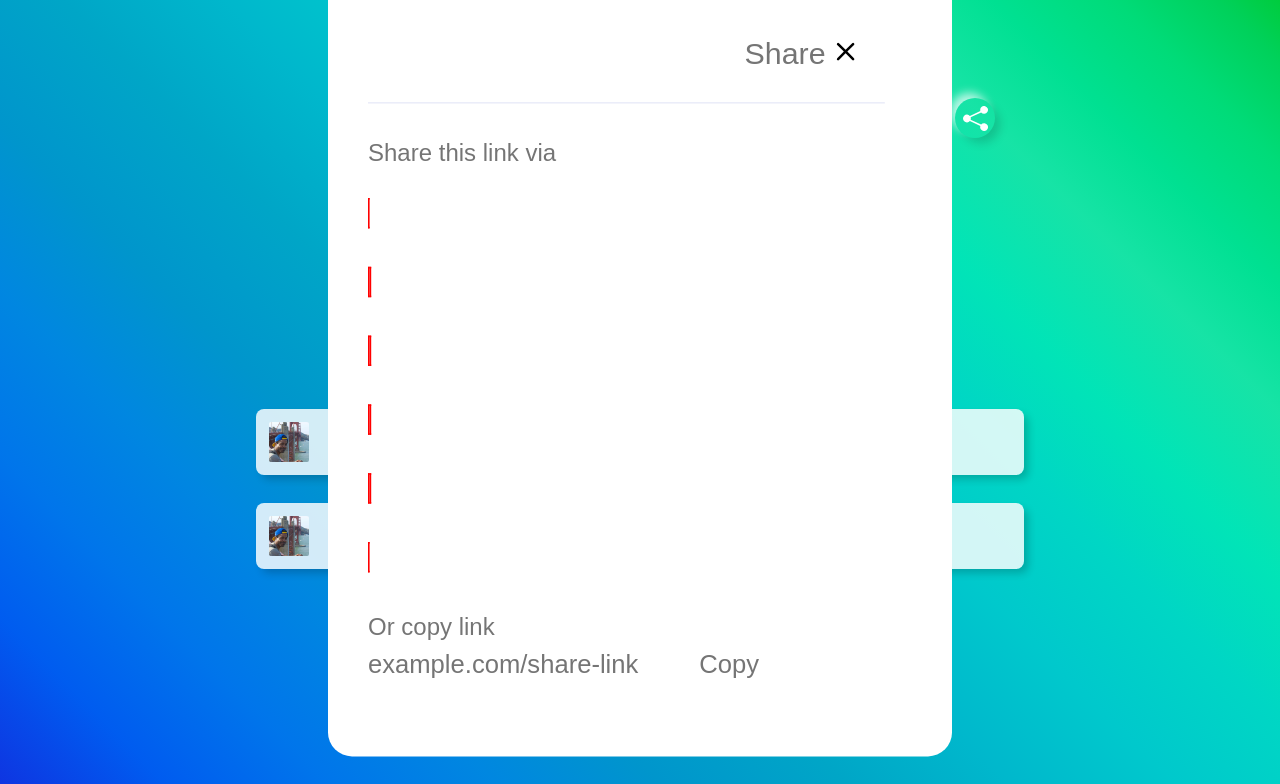
Repository: MateLaDBrouille97/linktree
Page: /
The author's editor kept a copy of each file at every save. The page is drawn from the files as they stood at one save, then again after the next save.
The browser window is 1280 px wide. The pictures show the whole page.
The project was rebuilt for these pictures with package versions that can differ from the ones it lists, and the page was loaded fresh each time. The framework's server and built-in components were replaced by stand-ins that run in the browser. Also part of the build but not shown: next.config.js, styles/Home.module.css, styles/scrollup.css.

Above is the page before, as saved 2023-01-23 21:55:29.

### app/layout.tsx
"use client";

import '@/styles/globals.css'
import '../styles/Home.module.css';
import '../styles/scrollup.css';
import '../styles/home.css';
import '../styles/socials.css';
import '../styles/share.css';
import ScrollDow from '../components/ScrollDow';
import ScrollUp from '../components/scrollup/ScrollUp'

export default function RootLayout({
    children,
  }: {
    children: React.ReactNode;
  }) {
    return (
      <html lang="en">
        <body>{children}</body>
        {/* <ScrollDow/> */}
        {/* <ScrollUp/> */}
      </html>
    );
  }

### app/page.tsx
"use client";

import Image from "next/image";
import data from "data.json";
import image from "../public/ManuelTL2.jpg";
import image1 from "../public/ManuelTL2.jpg";
import { useEffect, useState } from "react";
import Socials from "../components/Socials";
import Share from "@/components/Share";

function LinkCard({
  href,
  title,
  image,
}: {
  href: string;
  title: string;
  image?: string;
}) {
  return (
    <a
      href={href}
      className="flex items-center p-3 w-full rounded-lg hover:scale-105 transition-all bg-gray-100 mb-3 -mt-2 max-w-3xl home__linkcard-box"
    >
      <div className="flex text-center w-full home__linkcard-card">
        <div className="w-10 h-10 home__linkcard-img">
          {image1 && (
            <Image
              className="rounded-sm"
              alt={data.name}
              src={image1}
              width={40}
              height={40}
            />
          )}
        </div>
        <h2 className="flex justify-center items-center font-semibold w-full text-gray-700 -ml-10 home__linkcard-title">
          {title}
        </h2>
      </div>
    </a>
  );
}

export default function Home() {
  /*==================== Toggle Menu ====================== */
  const [toggle, showMenu] = useState(false);
  const [activeNav, setActiveNav] = useState("#home");

  /* +++++++++++++++++++++++++++++++++++++++++++++++++ */
  // const { dbUser, image } = useUserContext();

  // const breakpoints = (width) => {
  //   if (width < 640) {
  //     return "xs";
  //   } else if (width >= 640 && width < 768) {
  //     return "sm";
  //   } else if (width >= 768 && width < 1024) {
  //     return "md";
  //   } else if (width >= 1024) {
  //     return "lg";
  //   }
  // };

  // const [breakpoint, setBreakpoint] = useState(() =>
  //   breakpoints(typeof window !== "undefined" && window.innerWidth)
  // );

  useEffect(() => {
    if (toggle) {
      // const calcInnerWidth = function () {
      //   setBreakpoint(breakpoints(window.innerWidth));
      // };
      // window.addEventListener("resize", calcInnerWidth);
      window.addEventListener("scroll", function () {
        const header = this.document.querySelector(".header");
        //scroll higher than 200 viewport height
        //add scroll header class to a tag with the scroll-top
        if (this.scrollY >= 80) header?.classList.add("scroll-header");
        else header?.classList.remove("scroll-header");
      });
    }
  }, []);

  useEffect(() => {
    showMenu(true);
  }, []);

  return (
    <div className="flex items-center flex-col mx-auto w-full justify-center mt-16 px-8 ">
      <Share/>
      <a
        href="#home"
        onClick={() => setActiveNav("#home")}
        // className={
        //   activeNav === "#home" ? "nav__logo active-link" : "nav__logo"
        // }
      >
        <Image
          className="rounded-full"
          alt={data.name}
          src={image}
          width={96}
          height={96}
        />
      </a>

      <h1 className="font-semibold mt-4 mb-8 text-xl" style={{color:"white"}}>{data.name}</h1>
      <h3 className="home__description" style={{color:"white"}}>{data.small_description}</h3>

      <div className="grid place-items-center w-full mt-2">
        {data.links.map((link) => (
          <LinkCard key={link.href} {...link} />
        ))}
      </div>

      <div className="gap-3 items-center flex mt-10">
        {data?.socials?.map((social) => {
         return(

          <Socials title={social?.title} key={social?.href} />
          )
        })}
      </div>
    </div>
  );
}

### styles/globals.css
@tailwind base;
@tailwind components;
@tailwind utilities;

body{
  height:100vh;
  background-image: linear-gradient(
  45deg,
  hsl(229deg 88% 47%) 0%,
  hsl(217deg 100% 47%) 8%,
  hsl(210deg 100% 46%) 16%,
  hsl(204deg 100% 44%) 24%,
  hsl(196deg 100% 40%) 32%,
  hsl(190deg 100% 39%) 41%,
  hsl(186deg 100% 40%) 49%,
  hsl(181deg 100% 40%) 57%,
  hsl(175deg 100% 42%) 65%,
  hsl(168deg 99% 45%) 72%,
  hsl(162deg 82% 49%) 80%,
  hsl(159deg 100% 44%) 86%,
  hsl(153deg 100% 43%) 92%,
  hsl(146deg 100% 41%) 97%,
  hsl(138deg 100% 40%) 100%
);
}

@import  url('https://api.iconify.design/material-symbols/arrow-upward.svg');

/*=============== GOOGLE FONTS ===============*/
@import url("https://fonts.googleapis.com/css2?family=Poppins:wght@400;500;600&display=swap");

/*=================== NEXT.JS ================*/

html,
body {
  padding: 0;
  margin: 0;
  font-family: -apple-system, BlinkMacSystemFont, Segoe UI, Roboto, Oxygen,
    Ubuntu, Cantarell, Fira Sans, Droid Sans, Helvetica Neue, sans-serif;
}

h1 {
  font-size: 1.75rem;
}




/*=============== VARIABLES CSS ===============*/
:root {
  --header-height: 3rem;

  /*========== Colors ==========*/
  /*Color mode HSL(hue, saturation, lightness)*/
  --hue: 0;
  --sat: 0%;
  --title-color: hsl(var(--hue), var(--sat), 20%);
  --title-color-dark: hsl(var(--hue), var(--sat), 0%);
  --text-color: hsl(var(--hue), var(--sat), 46%);
  --body-color: hsl(var(--hue), var(--sat), 98%);
  --container-color: #fff;

  /*========== Font and typography ==========*/
  --body-font: "Poppins", sans-serif;

  /*.5rem = 8px | 1rem = 16px ...*/
  --big-font-size: 3.5rem;
  --h1-font-size: 2.75rem;
  --h2-font-size: 1.5rem;
  --h3-font-size: 1.25rem;
  --normal-font-size: 1rem;
  --small-font-size: 0.875rem;
  --smaller-font-size: 0.813rem;
  --tiny-font-size: 0.625rem;

  /*========== Font weight ==========*/
  --font-normal: 400;
  --font-medium: 500;
  --font-semi-bold: 600;

  /*========== Margenes Bottom ==========*/
  /*.5rem = 8px | 1rem = 16px ...*/
  --mb-0-25: 0.25rem;
  --mb-0-5: 0.5rem;
  --mb-0-75: 0.75rem;
  --mb-1: 1rem;
  --mb-1-5: 1.5rem;
  --mb-2: 2rem;
  --mb-2-5: 2.5rem;
  --mb-3: 3rem;

  /*========== z index ==========*/
  --z-tooltip: 10;
  --z-fixed: 100;
  --z-modal: 1000;
}

/* Responsive typography */
@media screen and (max-width: 992px) {
  :root {
    --big-font-size: 2.75rem;
    --h1-font-size: 1.5rem;
    --h2-font-size: 1.25rem;
    --h3-font-size: 1rem;
    --normal-font-size: 0.938rem;
    --small-font-size: 0.813rem;
    --smaller-font-size: 0.75rem;
  }
}

/*=============== BASE ===============*/
* {
  margin: 0;
  padding: 0;
  box-sizing: border-box;
}

html {
  scroll-behavior: smooth;
}

body,
button,
input,
textarea {
  font-family: var(--body-font);
  font-size: var(--normal-font-size);
}

body {
  background-color: var(--body-color);
  color: var(--text-color);
}

h1,
h2,
h3 {
  color: var(--title-color);
  font-weight: var(--font-semi-bold);
}

ul {
  list-style: none;
}

a {
  text-decoration: none;
}

button {
  cursor: pointer;
  border: none;
  outline: none;
}

img {
  max-width: 100%;
  height: auto;
}

/*=============== REUSABLE CSS CLASSES ===============*/
.section {
  padding: 6rem 0 2rem;
}

.section__title {
  font-size: var(--h1-font-size);
  color: var(--title-color);
}

.section__subtitle {
  display: block;
  font-size: var(--normal-font-size);
  margin-bottom: 4rem;
}

.section__title,
.section__subtitle {
  text-align: center;
}

/*=============== LAYOUT ===============*/
.container {
  max-width: 968px;
  margin-left: auto;
  margin-right: auto;
}

.grid {
  display: grid;
  gap: 1.5rem;
}

/*=============== BUTTONS ===============*/
.button {
  display: inline-block;
  background-color:rgb(100, 189, 140);
  color: var(--container-color);
  padding: 1.25rem 2rem;
  border-radius: 1rem;
  font-weight: var(--font-medium);
}

.button:hover {
  background-color: rgb(81, 209, 138);
  color: var(--container-color);
}

.button__icon {
  margin-left: var(--mb-0-5);
}

.button--flex {
  display: inline-flex;
  align-items: center;

}




/*=============== BREAKPOINTS ===============*/
/* For large devices */
@media screen and (max-width: 992px) {
  .container {
    margin-left: var(--mb-1-5);
    margin-right: var(--mb-1-5);
  }

  .button {
    padding: 1rem 1.75rem;
  }

  .button__icon {
    width: 22px;
    height: 22px;
  }
}

/* For medium devices */
@media screen and (max-width: 768px) {
  body {
    margin: 0 0 var(--header-height) 0;
  }

  .section {
    padding: 2rem 0 4rem;
  }

  .section__subtitle {
    margin-bottom: var(--mb-3);
  }
}

@media screen and (max-width: 576px) {

}

/* For small devices */
@media screen and (max-width: 350px) {
  :root {
    --big-font-size: 2.25rem;
  }

  .container {
    margin-left: var(--mb-1);
    margin-right: var(--mb-1);
  }
}

### styles/home.css
.home__container{
    row-gap: 7rem;
}

.home__content{
    grid-template-columns: 116px repeat(2, 1fr);
    padding-top: 5.5rem;
    column-gap: 2rem;
    align-items: center;
}

.home__social{
    display:grid;
    grid-template-columns: max-content;
    row-gap: 1rem;
}

.home__social-icon{
    font-size:1.25rem;
    color: var(--title-color);
}

.home__social-icon:hover{
    color:rgb(165, 30, 75);
}



.home__social-icon:hover{
    color: var(--title-color-dark);
}

.home__title{
    font-size:var(--h1-font-size);
    margin-bottom:var(--mb-0-25);
}

.home__hand{
    width: 38px;
    height: 38px;
    margin-left: 0.4rem;
}

.home__subtitle{
    position: relative;
    font-size:var(--h3-font-size);
    padding-left: 5.4rem;
    font-weight: var(--font-normal);
    margin-bottom: var(--mb-1);
}

.home__subtitle::before{
    content:'';
    position:absolute;
    width: 70px;
    height:1px;
    background-color:var(--text-color);
    left:0;
    top:1rem;
}

.home__description{
    max-width:400px;
    margin-bottom: var(--mb-3);
    line-height: 1.7;
}

.home__linkcard-box{
    background-color: rgba(255, 255, 255, 0.829);
    border-color: whitesmoke;
    border-width: 3px;
    transition: transform 0.5s;
    box-shadow: 5px 5px 9px -1px rgba(0,0,0,0.2);

    border: 1px solid rgba(0,0,0,0);
    transition: transform 0.5s;
}

.home__linkcard-box:hover{
    box-shadow: 10px 10px 0px -1px rgba(0,0,0,0.15),
                1px 1px 0.5px  rgba(0,0,0,0.15),
                0px -12px 10px -10px  rgba(0,0,0,0.05);
     border: 1px solid   rgba(0,0,0,0.1);
    /* transform:translateY(-2px)  ;    */
}

.home__linkcard-box::after{
    transition: transform 0.5s;
}

.home__linkcard-box:hover::after .home__linkcard-title {
    transition: transform 0.7s;
}

.home__linkcard-box:hover::after .home__linkcard-img {
    transition: transform 0.7s;
}

.home__linkcard-box:hover .home__linkcard-title{
    transform:scale(1.05);
    transition: transform 0.5s;
}

.home__linkcard-box:hover .home__linkcard-img{
    transform:scale(1.15);
    transition: transform 0.5s;
}




.home__img{
/* background: url(../../assets/Mur.jpg); */
background-repeat: no-repeat;
background-position: center;
background-size: cover;
box-shadow: inset 0 0 0 9px rgb(255 255 255/30%);
order: 1;
justify-self: center;
width:375px ;
height: 350px;
animation: profile__animate 8s ease-in-out infinite 1s;
}

@keyframes profile__animate {
    0%{
        border-radius: 60% 40% 30% 70%/60% 30% 70% 40%;
    }

    50%{
        border-radius: 30% 60% 70% 40%/50% 60% 30% 60%;
    }

    100%{
        border-radius: 60% 40% 30% 70%/60% 30% 70% 40%;
    }
}

.home__scroll{
    position:fixed;
    left: 2.5rem;
    bottom: 3rem;
    /* opacity:0.8; */
    padding:0.3rem 0.5rem;
    border-radius:0.4rem;
    z-index: var(--z-tooltip);
    transition: .4s;
}


.wheel {
    animation: scroll 2s ease infinite;
}

@keyframes scroll{
    0% {
        transform: translateY(0);
    }
    30% {
        transform: translateY(3.7rem);
    }

}


.home__scroll-name{
    color: rgba(255, 255, 255, 0.829);
    font-weight: var(--font-medium);
    margin-right: var(--mb-0-25);
    margin-left: 2px;
}

.home__scroll-arrow{
    font-size: 1.25rem;
    color: rgba(255, 255, 255, 0.829);
}


/*=============== BREAKPOINTS ===============*/
/* For large devices */
@media screen and (max-width: 992px) {
    .home__content{
        grid-template-columns: 100px repeat(2, 1fr);
        column-gap: 1.25rem;

    }

    .home__hand{
        width:26px;
        height:26px;
    }

    .home__subtitle{
        padding-left: 3.75rem;
        margin-bottom: var(--mb-1);

    }

    .home__subtitle::before {
        width:42px;
        top:0.8rem;
    }

    .home__description{
        max-width: initial;
        margin-bottom: var(--mb-2-5);
    }

    .home__img{
        width:250px;
        height:250px;
        box-shadow:inset 0 0 0 8px rgb(255 255 255/30%)
    }

    .home__scroll{
        margin-left: 7.5rem;
    }



  }

  /* For medium devices */
  @media screen and (max-width: 768px) {
    .home__content{
        grid-template-columns: 0.5fr 3fr;
        padding-top: 3.5rem;
    }

    .home__img{
        order:initial;/* ordre d'apparition de l'element*/
        justify-self: initial;
        box-shadow: inset 0 0 0 9px rgb(255 255 255/30%);
        width:200px;
        height: 200px;
    }

    .home__data{
        grid-column:1/3;
    }

    .home__scroll{
        display:none;
    }


  }



  /* For small devices */
  @media screen and (max-width: 350px) {


    .home__img{

        width:180px ;
        height: 180px;
    }

    .home__hand{
        width:22px;
        height:22px;
    }


  }

### styles/socials.css
/* .social__link{
    color: var(--container-color);
    font-size: 1.125rem;
    padding: 0.4rem;
    border-radius:1.5rem;
    display: inline-flex;
} */
/*
.social__link:hover{
    background-color:rgba(44, 203, 224, 0.986);
} */

.social__link{
    display:flex;
    /* background-color: var(--container-color); */
    color: var(--container-color);
    height: 45px;
    width: 45px;
    margin: 0 15px;
    border-radius: 8px;
    align-items: center;
    justify-content:center;
    text-decoration: none;
    box-shadow: 6px 6px 10px -1px rgba(0,0,0,0.15),
                -6px -6px 10px -1px rgba(255,255,255,0.7);
    border: 1px solid   rgba(0,0,0,0);
    transition: transform 0.5s;
}

a svg {
    font-size: 38px;
    color: white;
    transition: transform 0.5s;
}


.social__link:hover{
    background-color: rgba(255, 255, 255, 0.829);
    box-shadow: inset 4px 4px 6px -1px rgba(0,0,0,0.2),
                inset -4px -4px 6px -1px rgba(255,255,255,0.7),
                -0.5px -0.5px 0px  rgba(255,255,255,1),
                0.5px 0.5px 0px  rgba(0,0,0,0.15),
                0px -12px 10px -10px  rgba(0,0,0,0.05);
    border: 1px solid   rgba(0,0,0,0.1);
    transform:translateY(2px)  ;
}


a:hover svg{
    transform: scale(1.10);
    fill: black;
    transition: transform 0.5s;
}

a:hover .bi-linkedin{
    fill:rgb(18, 83, 203) ;
    transform:scale(1.10);
    transition: transform 0.5s;
}

a:hover .bi-instagram{
    fill:#e64771;
    transform:scale(1.10);
    transition: transform 0.5s;
}


/*=============== BREAKPOINTS ===============*/
/* For large devices */
@media screen and (max-width: 992px) {


    .social__link:hover{

        box-shadow: inset 4px 4px 6px -1px rgba(0,0,0,0.2),
                    inset -4px -4px 6px -1px rgba(255,255,255,0.7),
                    -0.5px -0.5px 0px  rgba(255,255,255,1),
                    0.5px 0.5px 0px  rgba(0,0,0,0.15),
                    0px -12px 10px -10px  rgba(0,0,0,0.05);
        border: 1px solid   rgba(0,0,0,0.1);
        transform:translateY(2px)  ;
    }




  }

  /* For medium devices */
  @media screen and (max-width: 768px) {




  }



  /* For small devices */
  @media screen and (max-width: 350px) {





  }

### styles/share.css
/*          Share   Items  */

.share-link {
  display: flex;
  /* background-color: var(--container-color); */
  color: var(--container-color);
  height: 45px;
  width: 45px;
  margin: 0 15px;
  border-radius: 22px;
  align-items: center;
  justify-content: center;
  text-decoration: none;
  box-shadow: 6px 6px 10px -1px rgba(0, 0, 0, 0.15),
    -6px -6px 10px -1px rgba(255, 255, 255, 0.7);
  border: 1px solid rgba(0, 0, 0, 0);
  transition: transform 0.5s;
}

.share-link:hover {
  background-color: rgba(255, 255, 255, 0.829);
  box-shadow: inset 4px 4px 6px -1px rgba(0, 0, 0, 0.2),
    inset -4px -4px 6px -1px rgba(255, 255, 255, 0.7),
    -0.5px -0.5px 0px rgba(255, 255, 255, 1),
    0.5px 0.5px 0px rgba(0, 0, 0, 0.15),
    0px -12px 10px -10px rgba(0, 0, 0, 0.05);
  border: 1px solid rgba(0, 0, 0, 0.1);
  transform: translateY(2px);
}

/* .share-link .bi-share-fill{
    fill: white;
} */

.share-link:hover .bi-share-fill {
  fill: black;
  transform: scale(1.1);
  transition: transform 0.5s;
}

header {
  width: 95%;
  max-width: 788px;
  display: flex;
  justify-content: flex-end;
  padding: 12px;
  margin-top: 5px;
}

.share-button {
  width: 40px;
  height: 40px;
  border-radius: 20px;
  color: var(--container-color);
}

ul {
}

.content {
}

.share {
  width: 95%;
  max-width: 788px;
  display: flex;
  justify-content: flex-end;
  padding: 12px;
  margin-top: 5px;
}

.modal-share {
  position: absolute;
  top: 50%;
  left: 50%;
  transform: translate(-50%, -50%) scale(1.6);
  background: var(--container-color);
  padding: 25px;
  border-radius: 15px;
  max-width: 390px;
  width: 80%;
}

.modal-share:is(header, .icons) {
  display: flex;
  align-items: center;
  justify-content: space-between;
}

.modal-share header {
  padding-bottom: 15px;
  border-bottom: 1px solid #ebedf9;
}

header .close .icons a {
  display: flex;
  align-items: center;
  justify-content: center;
  border-radius: 50%;
}

header .close {
  height: 33px;
  width: 33px;
  background: var(--container-color);

  cursor: pointer;
}

.modal-title {
  font-size: 19px;
  font-weight: 500;
}

.modal-share .content {
  margin: 20px 0;
}

.content p {
  font-size: 15px;
}

.content .icons {
  margin: 15px 0 20px 0;
}

.icons a {
  height: 50px;
  width: 50px;
  border: 1px solid red;
}

### components/Socials.tsx
function GitHubIcon() {
  return (
    <a href="https://github.com/LuckyMate97" className="social__link">
      <svg xmlns="http://www.w3.org/2000/svg" width="31" height="31" fill="white" className="bi bi-github" viewBox="0 0 16 16"> <path d="M8 0C3.58 0 0 3.58 0 8c0 3.54 2.29 6.53 5.47 7.59.4.07.55-.17.55-.38 0-.19-.01-.82-.01-1.49-2.01.37-2.53-.49-2.69-.94-.09-.23-.48-.94-.82-1.13-.28-.15-.68-.52-.01-.53.63-.01 1.08.58 1.23.82.72 1.21 1.87.87 2.33.66.07-.52.28-.87.51-1.07-1.78-.2-3.64-.89-3.64-3.95 0-.87.31-1.59.82-2.15-.08-.2-.36-1.02.08-2.12 0 0 .67-.21 2.2.82.64-.18 1.32-.27 2-.27.68 0 1.36.09 2 .27 1.53-1.04 2.2-.82 2.2-.82.44 1.1.16 1.92.08 2.12.51.56.82 1.27.82 2.15 0 3.07-1.87 3.75-3.65 3.95.29.25.54.73.54 1.48 0 1.07-.01 1.93-.01 2.2 0 .21.15.46.55.38A8.012 8.012 0 0 0 16 8c0-4.42-3.58-8-8-8z"/> </svg>
    </a>
  );
}

function InstagramIcon() {
  return (
    <a href="https://www.instagram.com/oto.mata33/" className="social__link">
      <svg xmlns="http://www.w3.org/2000/svg" width="31" height="31" fill="white" className="bi bi-instagram" viewBox="0 0 16 16"> <path d="M8 0C5.829 0 5.556.01 4.703.048 3.85.088 3.269.222 2.76.42a3.917 3.917 0 0 0-1.417.923A3.927 3.927 0 0 0 .42 2.76C.222 3.268.087 3.85.048 4.7.01 5.555 0 5.827 0 8.001c0 2.172.01 2.444.048 3.297.04.852.174 1.433.372 1.942.205.526.478.972.923 1.417.444.445.89.719 1.416.923.51.198 1.09.333 1.942.372C5.555 15.99 5.827 16 8 16s2.444-.01 3.298-.048c.851-.04 1.434-.174 1.943-.372a3.916 3.916 0 0 0 1.416-.923c.445-.445.718-.891.923-1.417.197-.509.332-1.09.372-1.942C15.99 10.445 16 10.173 16 8s-.01-2.445-.048-3.299c-.04-.851-.175-1.433-.372-1.941a3.926 3.926 0 0 0-.923-1.417A3.911 3.911 0 0 0 13.24.42c-.51-.198-1.092-.333-1.943-.372C10.443.01 10.172 0 7.998 0h.003zm-.717 1.442h.718c2.136 0 2.389.007 3.232.046.78.035 1.204.166 1.486.275.373.145.64.319.92.599.28.28.453.546.598.92.11.281.24.705.275 1.485.039.843.047 1.096.047 3.231s-.008 2.389-.047 3.232c-.035.78-.166 1.203-.275 1.485a2.47 2.47 0 0 1-.599.919c-.28.28-.546.453-.92.598-.28.11-.704.24-1.485.276-.843.038-1.096.047-3.232.047s-2.39-.009-3.233-.047c-.78-.036-1.203-.166-1.485-.276a2.478 2.478 0 0 1-.92-.598 2.48 2.48 0 0 1-.6-.92c-.109-.281-.24-.705-.275-1.485-.038-.843-.046-1.096-.046-3.233 0-2.136.008-2.388.046-3.231.036-.78.166-1.204.276-1.486.145-.373.319-.64.599-.92.28-.28.546-.453.92-.598.282-.11.705-.24 1.485-.276.738-.034 1.024-.044 2.515-.045v.002zm4.988 1.328a.96.96 0 1 0 0 1.92.96.96 0 0 0 0-1.92zm-4.27 1.122a4.109 4.109 0 1 0 0 8.217 4.109 4.109 0 0 0 0-8.217zm0 1.441a2.667 2.667 0 1 1 0 5.334 2.667 2.667 0 0 1 0-5.334z"/> </svg>
    </a>
  );
}

function LinkedInIcon() {
  return (
    <a href="https://ca.linkedin.com/" className="social__link">
      <svg xmlns="http://www.w3.org/2000/svg" width="31" height="31" fill="white" className="bi bi-linkedin" viewBox="0 0 16 16"> <path d="M0 1.146C0 .513.526 0 1.175 0h13.65C15.474 0 16 .513 16 1.146v13.708c0 .633-.526 1.146-1.175 1.146H1.175C.526 16 0 15.487 0 14.854V1.146zm4.943 12.248V6.169H2.542v7.225h2.401zm-1.2-8.212c.837 0 1.358-.554 1.358-1.248-.015-.709-.52-1.248-1.342-1.248-.822 0-1.359.54-1.359 1.248 0 .694.521 1.248 1.327 1.248h.016zm4.908 8.212V9.359c0-.216.016-.432.08-.586.173-.431.568-.878 1.232-.878.869 0 1.216.662 1.216 1.634v3.865h2.401V9.25c0-2.22-1.184-3.252-2.764-3.252-1.274 0-1.845.7-2.165 1.193v.025h-.016a5.54 5.54 0 0 1 .016-.025V6.169h-2.4c.03.678 0 7.225 0 7.225h2.4z"/> </svg>
    </a>
  );
}

function Socials({ title }:{title?:string;}) {
  if (title == "Instagram") {
    return <InstagramIcon  />;
  }
  if (title == "Github") {
    return <GitHubIcon  />;
  }
  if (title == "LinkedIn") {
    return <LinkedInIcon  />;
  }
}

export default Socials;

Loaded but not shown: data.json (35 lines, source omitted); tailwind.config.js (13 lines, source omitted); components/Share.tsx (116 lines, source omitted)

After the next save:
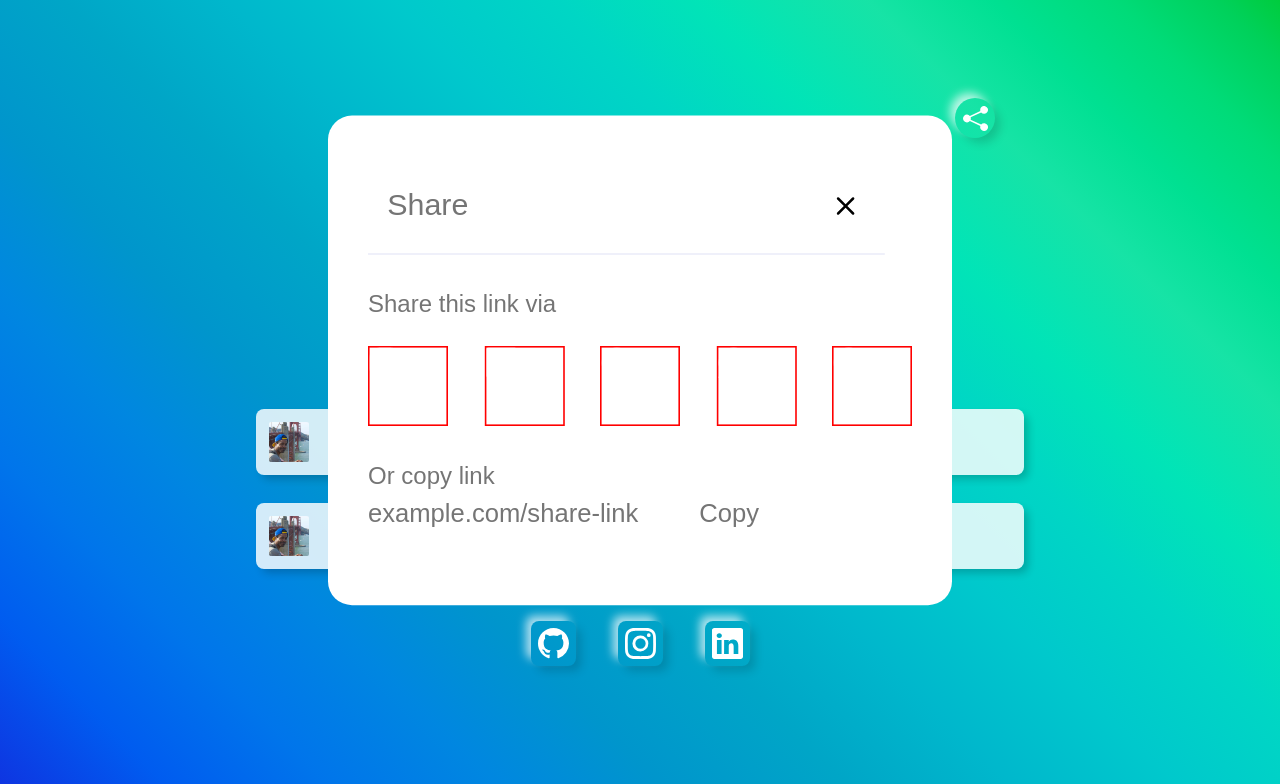
Saved 26 s later.
--- a/styles/share.css
+++ b/styles/share.css
@@ -81,7 +81,7 @@ ul {
   width: 80%;
 }
 
-.modal-share:is(header, .icons) {
+.modal-share :is(header, .icons) {
   display: flex;
   align-items: center;
   justify-content: space-between;
